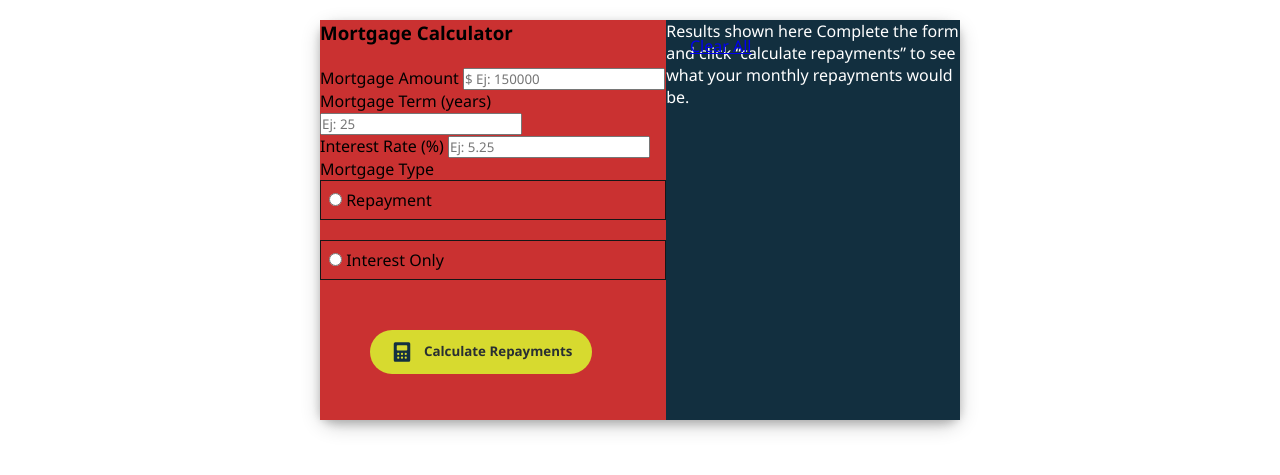
Repository: GravielPV/Mortgage-repayment-calculator
Page: index.html
The author's editor kept a copy of each file at every save. The page is drawn from the files as they stood at one save, then again after the next save.
The browser window is 1280 px wide. The pictures show the whole page.

Above is the page before, as saved 2025-12-11 17:24:24.

After the next save:
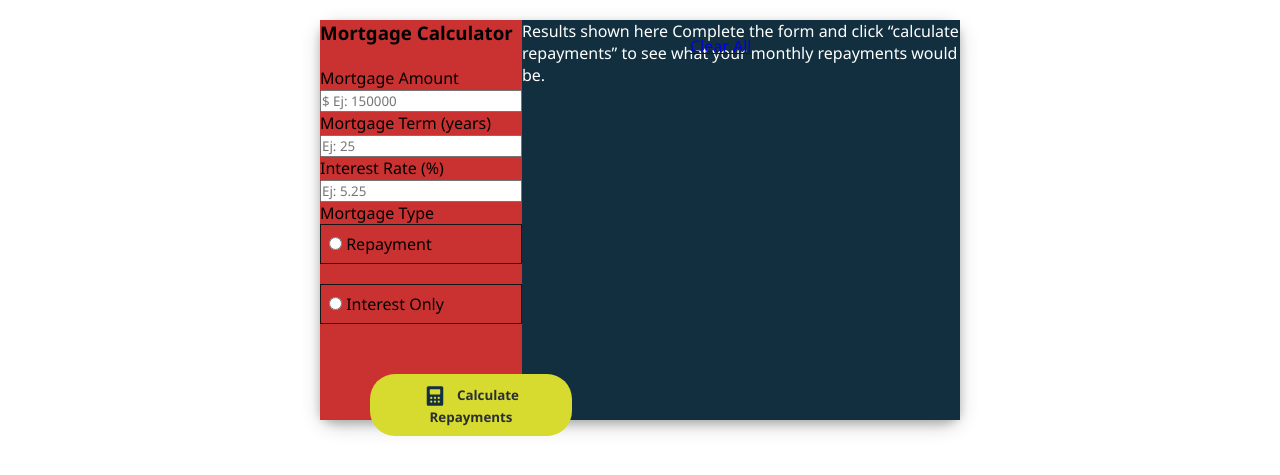
Saved 4 s later.
--- a/styles.css
+++ b/styles.css
@@ -32,7 +32,7 @@ box-shadow: 0 4px 8px 0 rgba(0, 0, 0, 0.2), 0 6px 20px 0 rgba(0, 0, 0, 0.19);
 }
 
 .derecho{
-    width: 50%;
+    ;
 
     background-color: hsl(202, 55%, 16%);
     color: white;
